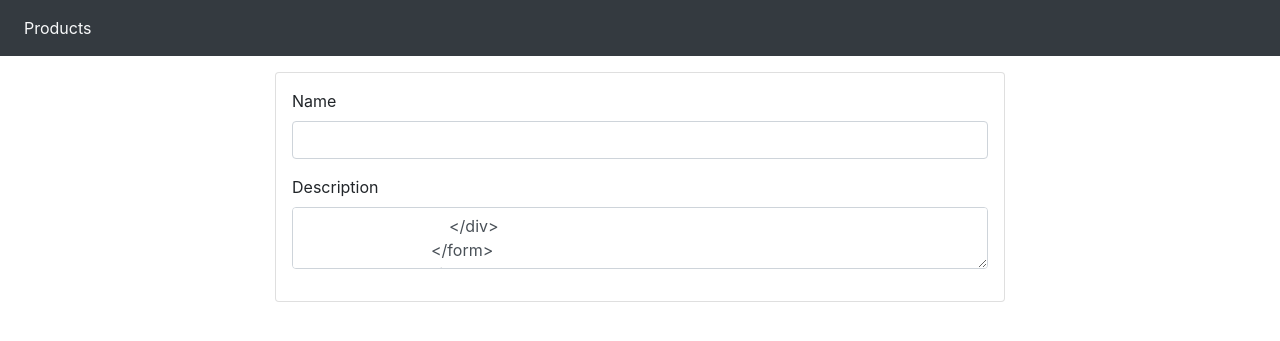
Repository: Aniksaha19/curd
Page: http://localhost/product/create
An editor plug-in stored every save of this project. The page is shown before and after a run of saves, followed by the edit.
The browser window is 1280 px wide. The pictures show the whole page.
The page is served by the project's Laravel application, run on PHP 8.4 with Laravel 10.

Above is the page before, as saved 2023-06-01 16:44:22.

After the next 6 saves:
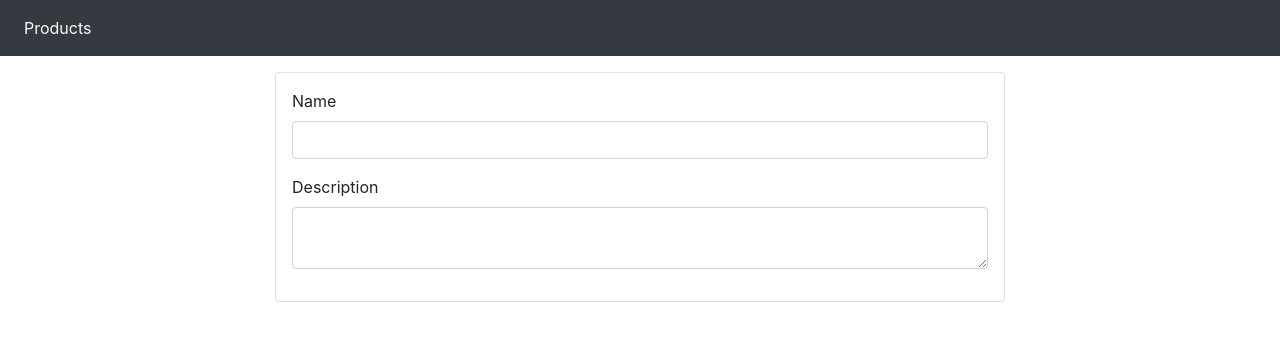
The 6 saves are shown as one change because they came seconds apart.
The last was saved 88 s later.
--- a/resources/views/products/create.blade.php
+++ b/resources/views/products/create.blade.php
@@ -32,7 +32,7 @@
                                 </div>
                                 <div class="form-group">
                                     <label>Description</label>
-                                    <textarea class="form-control" name="description"/>
+                                    <textarea class="form-control" name="description"></textarea>
                                 </div>
                             </form>
                         </div>
